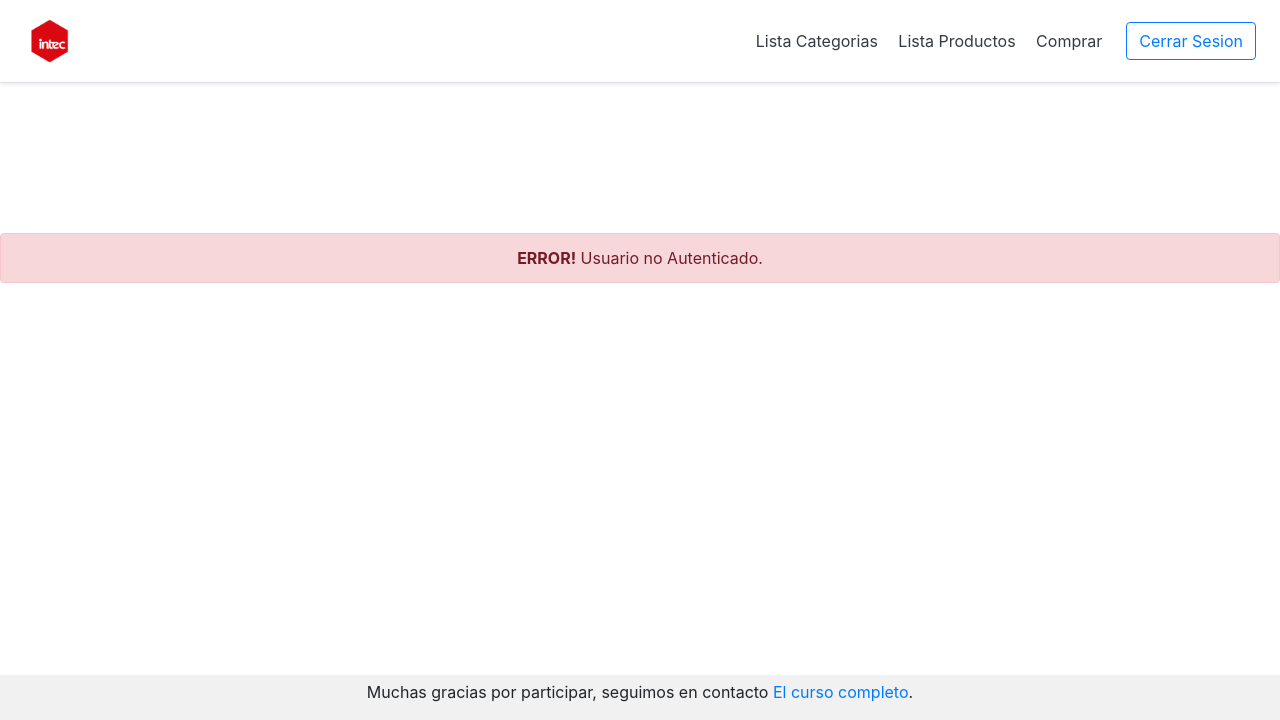
Repository: resttechsolutions/onlineStore
Page: home.html
The author's editor kept a copy of each file at every save. The page is drawn from the files as they stood at one save, then again after the next save.
The browser window is 1280 px wide. The pictures show the whole page.

Above is the page before, as saved 2020-09-05 18:29:34.

### home.html
<!DOCTYPE html>
<html lang="en">
<head>
    <meta charset="UTF-8">
    <meta name="viewport" content="width=device-width, initial-scale=1.0">
    <title>HomePage</title>
    <link rel="stylesheet" href="Assets/Lib/Bootstrap/css/bootstrap.css">
    <link rel="stylesheet" href="Assets/Css/home.css">
</head>
<body>
    <div class="d-flex flex-column flex-md-row align-items-center p-3 px-md-4 mb-3 bg-white border-bottom shadow-sm">
        <h5 class="my-0 mr-md-auto font-weight-normal">
            <img src="Assets/Img/logo-intec.jpg" style="height:50px" alt="Avatar" class="avatar">
        </h5>
        <nav class="my-2 my-md-0 mr-md-3">
            <a class="p-2 text-dark" href="#">Lista Categorias</a>
            <a class="p-2 text-dark" href="#">Lista Productos</a>
            <a class="p-2 text-dark" href="#">Comprar</a>

        </nav>
        <a id="btn-cerrarSesion" class="btn btn-outline-primary" href="#">Cerrar Sesion</a>
    </div>

    <main role="main" class="text-center">
        <div id="divError" style="display: none" class="alert"></div>
        <div id="PageOk">
            <h1 class="cover-heading">Diplomado Páginas Web: HTML, CSS y JavaScript</h1>
            <p>Practica final de implementación de conocimientos adquiridos.</p>
            <p class="lead">
                <a href="#" class="btn btn-lg btn-success">Ver mas</a>
            </p>
        </div>
    </main>
    <footer>
        <p>Muchas gracias por participar, seguimos en contacto <a href="#">El curso completo</a>.</p>
    </footer>

    <script src="Assets/Lib/jQuery/jquery-3.5.1.min.js"></script>
    <script src="Assets/Js/home.js"></script>
</body>
</html>

### Assets/Css/home.css
main {
    margin-top: 150px;
}

footer {
   text-align: center;
   padding:5px 0 0 0;
    position: fixed;
    bottom: 0;
    left: 0;
    width: 100%;
    background-color:#f1f1f1
}

### Assets/Js/home.js
$(function(){
    if (localStorage.getItem('UserIsValid') != '1') {
        $('#PageOk').hide();
        $('#divError').show();

        //Add error Div Class
        $('#divError').addClass('alert-danger');

        //Write in to HTML Div
        $('#divError').html('<strong>ERROR!</strong> Usuario no Autenticado.');

        setTimeout(function(){

        })
    }
});

$('#btn-cerrarSession').click(function (){
    localStorage.setItem('UserIsValid', 0);
    window.location.href = 'login.html';
})

Loaded but not shown: Assets/Lib/Bootstrap/css/bootstrap.css (library); Assets/Lib/jQuery/jquery-3.5.1.min.js (library)

After the next save:
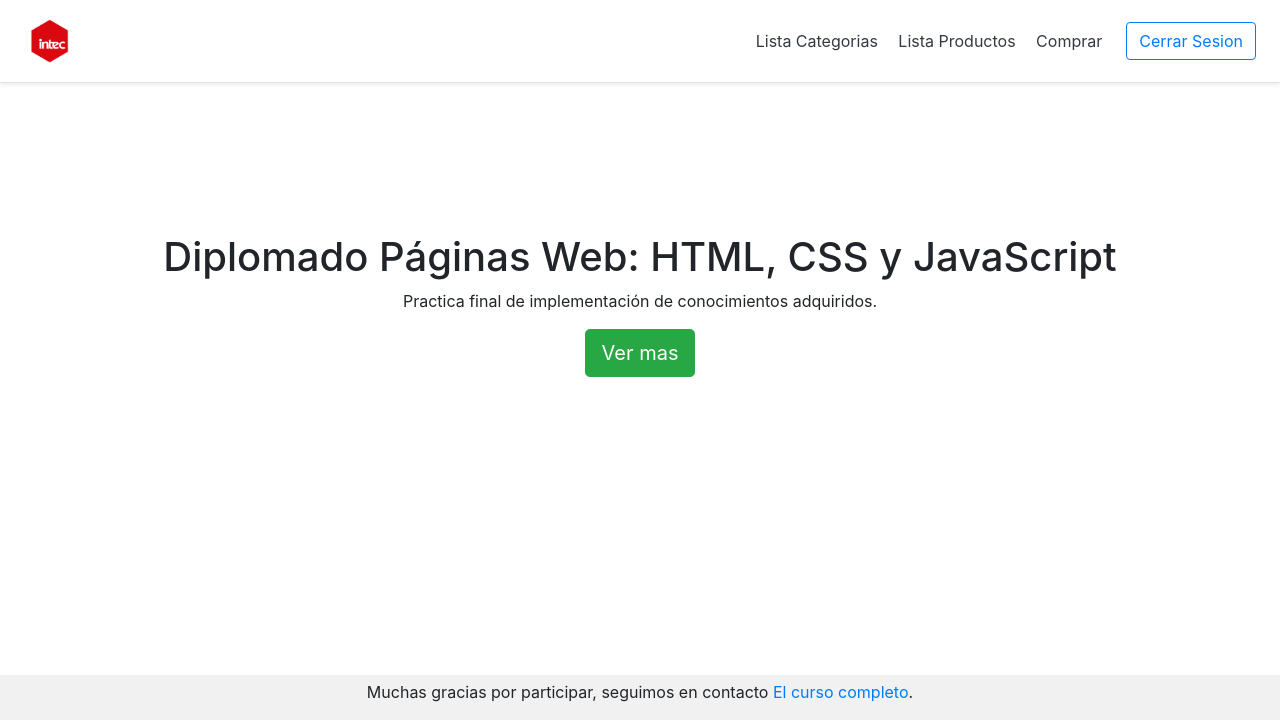
Console error: SyntaxError: Unexpected token '}'
Saved 5 s later.
--- a/Assets/Js/home.js
+++ b/Assets/Js/home.js
@@ -10,7 +10,7 @@
         $('#divError').html('<strong>ERROR!</strong> Usuario no Autenticado.');
 
         setTimeout(function(){
-
+            window.
         })
     }
 });

After the 5 saves that followed:
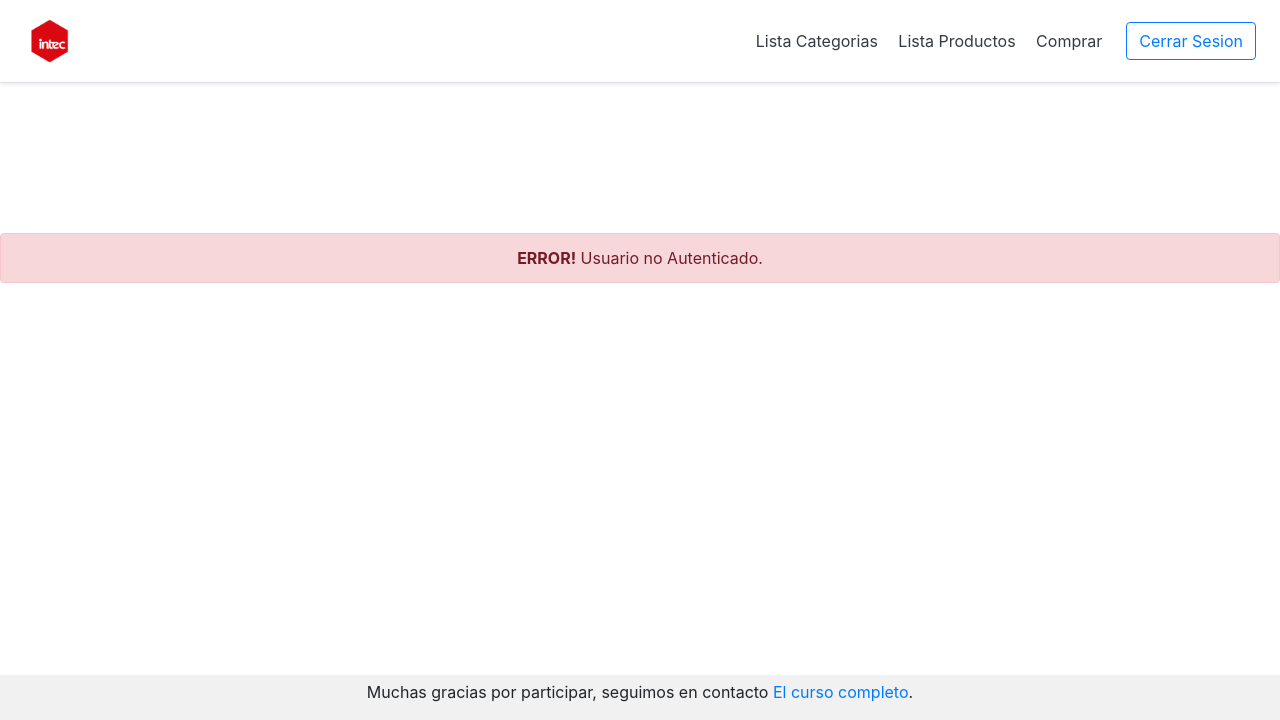
Console error: ReferenceError: login is not defined
The 5 saves are shown as one change because they came seconds apart.
The last was saved 14 s later.
--- a/Assets/Js/home.js
+++ b/Assets/Js/home.js
@@ -10,7 +10,7 @@
         $('#divError').html('<strong>ERROR!</strong> Usuario no Autenticado.');
 
         setTimeout(function(){
-            window.
+            window.location.href = login.html
         })
     }
 });
